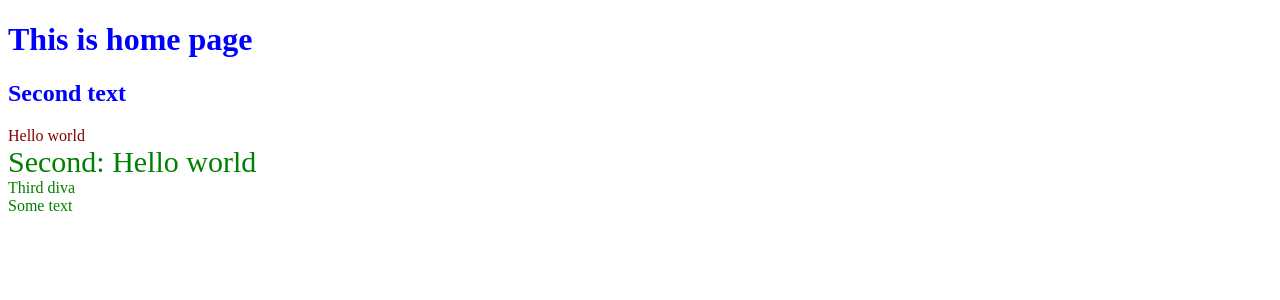
Repository: Vincerenko/Web-site
Page: http://localhost/index
An editor plug-in stored every save of this project. The page is shown before and after the next save, followed by the edit.
The browser window is 1280 px wide. The pictures show the whole page.
The page is this project's Thymeleaf template; nobody is signed in. The template is opened directly, without the code that normally fills it, so the values that code supplies are empty.

Above is the page before, as saved 2021-03-12 18:35:33.

After the next save:
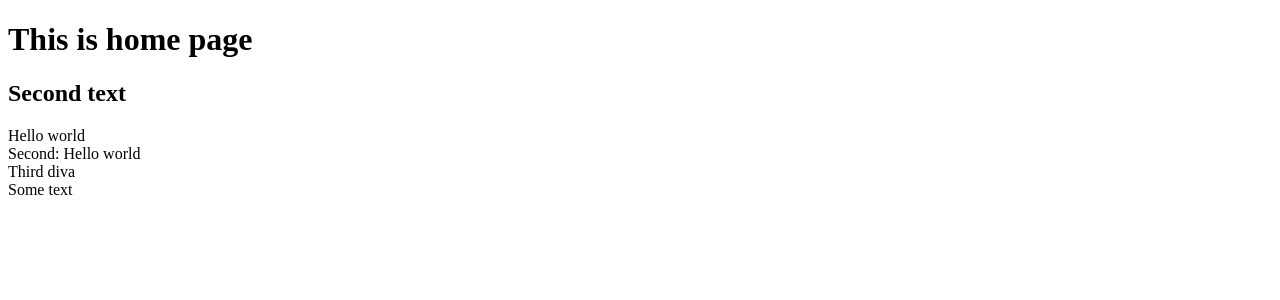
Saved 23 s later.
--- a/ckj_13_mvc/src/main/resources/templates/index.html
+++ b/ckj_13_mvc/src/main/resources/templates/index.html
@@ -4,21 +4,7 @@
 <meta charset="UTF-8">
 <title>Home page</title>
 </head>
-	<style>
-h1,h2 {
-	color: blue;
-	}
-#first {
-color:maroon;
-}
 
-.green_text{
- 	color:green;
-}
-.big_text{
-font-size: 30px;
-}
-	</style>
 <body>
 	<div>
 		<h1>This is home page</h1>

After the 2 saves that followed:
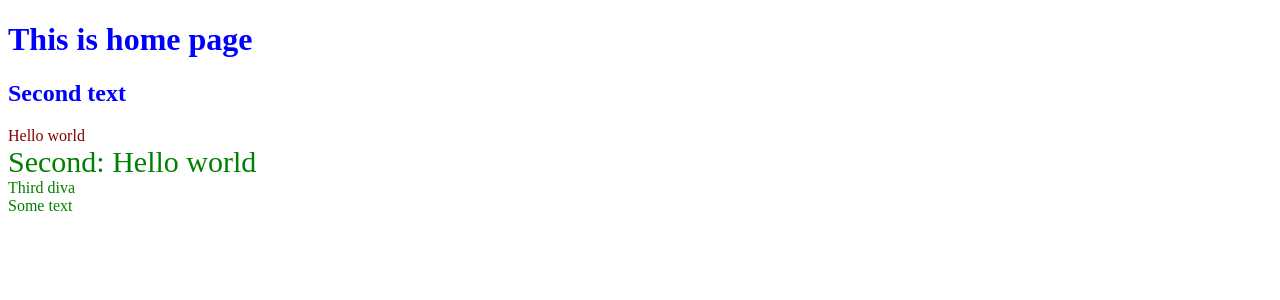
The 2 saves are shown as one change because 1 left the picture as it was.
The last was saved 109 s later.
--- a/ckj_13_mvc/src/main/resources/templates/index.html
+++ b/ckj_13_mvc/src/main/resources/templates/index.html
@@ -3,6 +3,7 @@
 <head>
 <meta charset="UTF-8">
 <title>Home page</title>
+<link rel="stylesheet" href="/style/demo.css">
 </head>
 
 <body>
